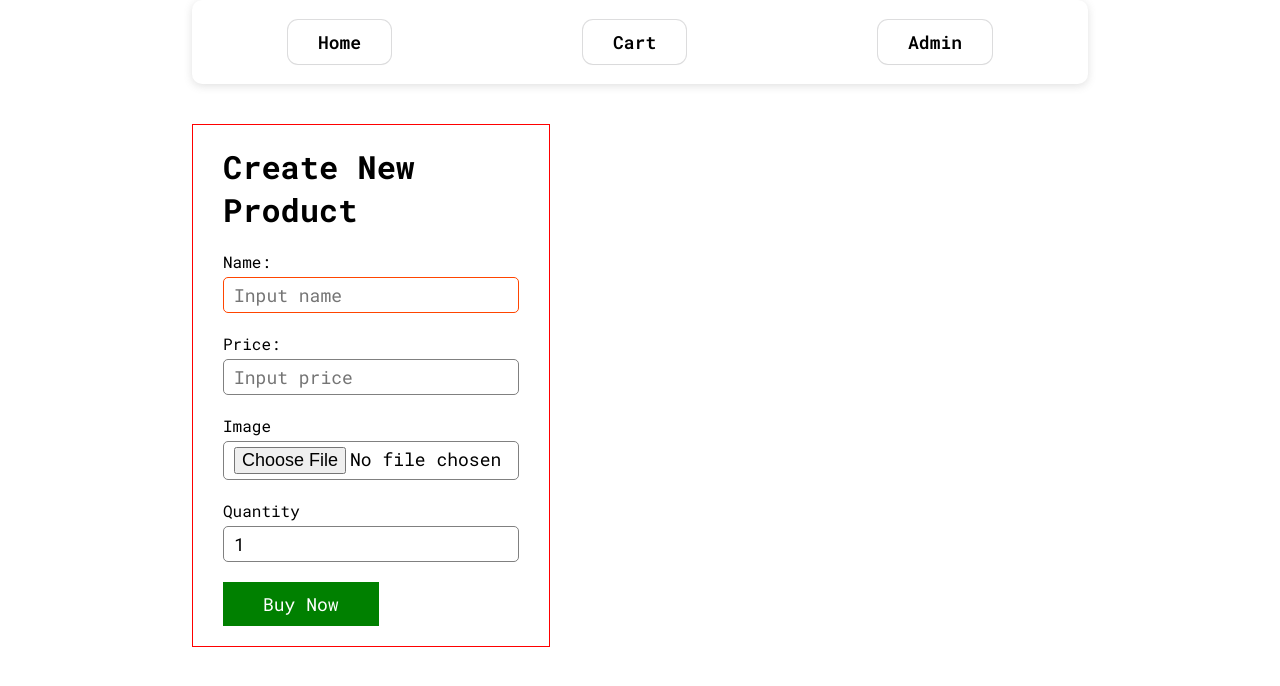
Repository: tuankiet10920/vuejs
Page: /admin
These files come from the project's save history. The page is drawn as it stood at one moment and after the next save; the edit follows.
The browser window is 1280 px wide. The pictures show the whole page.
The first visible `.form-group input` has the focus.
The project was rebuilt for these pictures with package versions that can differ from the ones it lists, and the page was loaded fresh each time. Also part of the build but not shown: vite.config.js.

Above is the page before, as saved 2024-08-26 20:02:53.

After the next save:
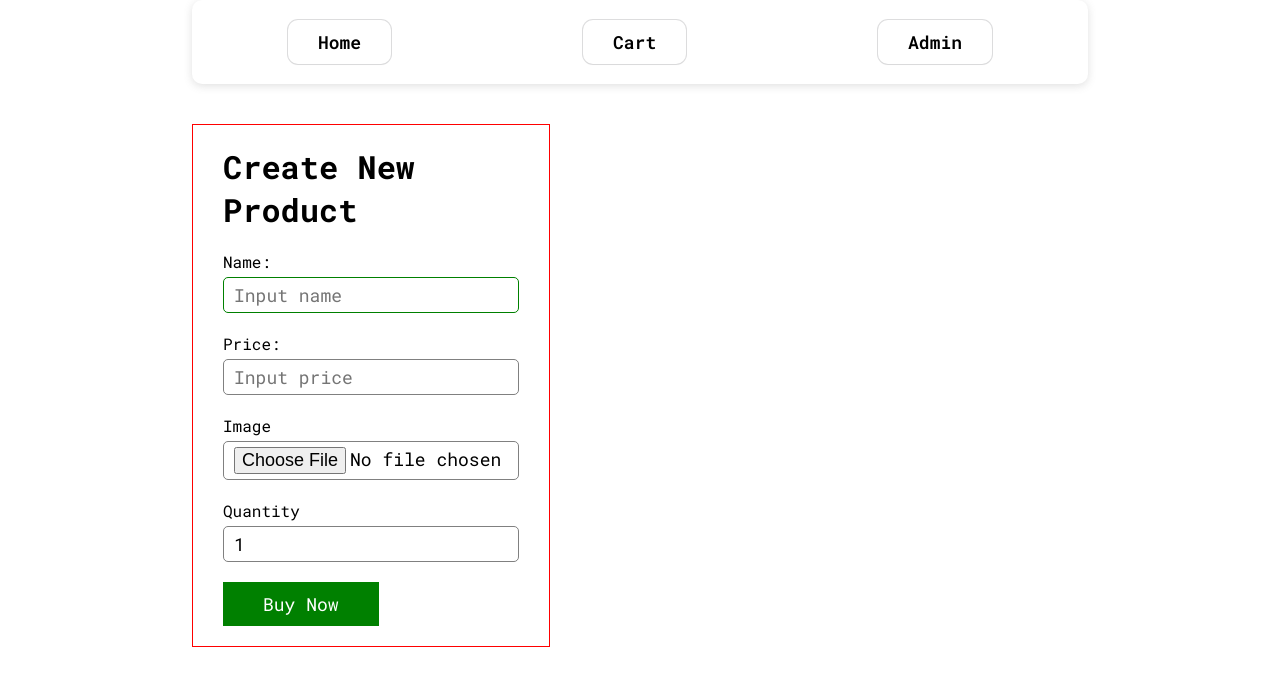
Saved 51 s later.
--- a/src/components/form.vue
+++ b/src/components/form.vue
@@ -57,7 +57,7 @@ export default {
 }
 
 .form-group input:focus {
-    border: 1px solid orangered;
+    border: 1px solid #008000;
 }
 
 .button-form {
